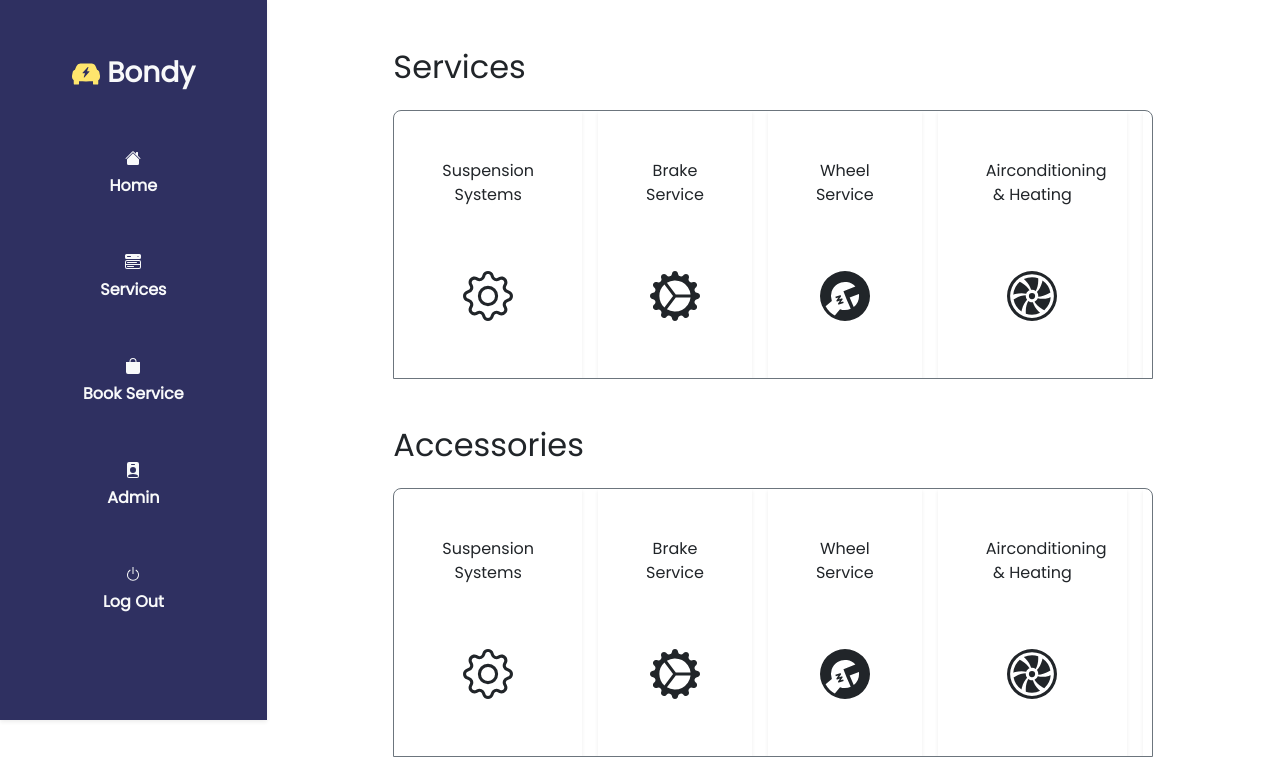
Repository: duzzisantos/bondy
Page: /
The author's editor kept a copy of each file at every save. The page is drawn from the files as they stood at one save, then again after the next save.
The browser window is 1280 px wide. The pictures show the whole page.
Some web libraries are served in a nearby version. The project was rebuilt for these pictures with package versions that can differ from the ones it lists, and the page was loaded fresh each time.

Above is the page before, as saved 2023-06-18 00:57:00.

### public/index.html
<!DOCTYPE html>
<html lang="en">
  <head>
    <meta charset="utf-8" />
    <link rel="icon" href="%PUBLIC_URL%/favicon.ico" />
    <meta name="viewport" content="width=device-width, initial-scale=1" />
    <meta name="theme-color" content="#000000" />
    <meta
      name="description"
      content="Web site created using create-react-app"
    />
    <link rel="apple-touch-icon" href="%PUBLIC_URL%/logo192.png" />
    <!-- Option 1: Include in HTML -->
    <link
      rel="stylesheet"
      href="https://cdn.jsdelivr.net/npm/bootstrap-icons@1.3.0/font/bootstrap-icons.css"
    />
    <link rel="preconnect" href="https://fonts.googleapis.com" />
    <link rel="preconnect" href="https://fonts.gstatic.com" crossorigin />
    <!--
      manifest.json provides metadata used when your web app is installed on a
      user's mobile device or desktop. See https://developers.google.com/web/fundamentals/web-app-manifest/
    -->
    <link rel="manifest" href="%PUBLIC_URL%/manifest.json" />
    <!--
      Notice the use of %PUBLIC_URL% in the tags above.
      It will be replaced with the URL of the `public` folder during the build.
      Only files inside the `public` folder can be referenced from the HTML.

      Unlike "/favicon.ico" or "favicon.ico", "%PUBLIC_URL%/favicon.ico" will
      work correctly both with client-side routing and a non-root public URL.
      Learn how to configure a non-root public URL by running `npm run build`.
    -->
    <title>React App</title>
  </head>
  <body>
    <noscript>You need to enable JavaScript to run this app.</noscript>
    <div id="root"></div>
    <!--
      This HTML file is a template.
      If you open it directly in the browser, you will see an empty page.

      You can add webfonts, meta tags, or analytics to this file.
      The build step will place the bundled scripts into the <body> tag.

      To begin the development, run `npm start` or `yarn start`.
      To create a production bundle, use `npm run build` or `yarn build`.
    -->
  </body>
</html>

### src/index.js
import React from "react";
import ReactDOM from "react-dom/client";
import "./index.css";
import App from "./App";
import "bootstrap/dist/css/bootstrap.min.css";
import { BrowserRouter as Router } from "react-router-dom";

const root = ReactDOM.createRoot(document.getElementById("root"));
root.render(
  <React.StrictMode>
    <Router>
      <App />
    </Router>
  </React.StrictMode>
);

### src/App.js
import "./App.css";
import "bootstrap";
import SideBar from "./components/Navigation/SideBar";
import { Routes, Route } from "react-router-dom";
import LandingPage from "./views/LandingPage";
function App() {
  return (
    <div className="App d-flex flex-row flex-nowrap">
      <SideBar />
      <Routes>
        <Route path="/" element={<LandingPage />} />
        <Route path="/home" element={<LandingPage />} />
      </Routes>
    </div>
  );
}

export default App;

### src/App.css
@import url("https://fonts.googleapis.com/css2?family=Cabin&family=Montserrat:wght@200&family=Poppins&display=swap");

* {
  font-family: "Poppins", sans-serif;
}
.App {
  text-align: center;
}

.custom-color {
  color: #2f3061 !important;
}

.custom-bg-color {
  background-color: #2f3061;
}

### src/components/Navigation/SideBar.tsx
import React, { FunctionComponent } from "react";
import "react-bootstrap";
import "../../App.css";
import "./Navigation.scss";
import { Link } from "react-router-dom";
import {
  HouseFill,
  BagFill,
  PersonBadgeFill,
  Power,
  EvFrontFill,
  MenuButtonWideFill,
} from "react-bootstrap-icons";

const commonLinkClasses =
  "d-flex flex-column justify-content-center align-items-center p-1 gap-2 text-light text-decoration-none fw-bold";
const SideBar: FunctionComponent = () => {
  return (
    <div className="col-2 vh-100 custom-bg-color shadow-sm p-5 text-light d-flex flex-column vstack gap-5">
      <Link to={"/"} className={commonLinkClasses + " fs-3"}>
        <span>
          <EvFrontFill className="brand-icon-color" /> Bondy
        </span>
      </Link>
      <Link to={"/home"} className={commonLinkClasses}>
        <HouseFill />
        Home
      </Link>

      <Link to={"/services"} className={commonLinkClasses}>
        <MenuButtonWideFill />
        Services
      </Link>

      <Link to={"/book-service"} className={commonLinkClasses}>
        <BagFill />
        Book Service
      </Link>

      <Link to={"/admin"} className={commonLinkClasses}>
        <PersonBadgeFill />
        Admin
      </Link>

      <Link to={"/logout"} className={commonLinkClasses}>
        <Power />
        Log Out
      </Link>
    </div>
  );
};

export default SideBar;

### src/views/LandingPage.tsx
import React, { FunctionComponent } from "react";
import "../components/Home/LandingPage.scss";
import LandingPageScrollContainer from "src/components/Home/LandingPageScrollContainer";
import { servicesList } from "src/components/Home/landingPageContent";

const LandingPage: FunctionComponent = () => {
  const handleClick = () => {
    console.log("This was clicked");
  };
  return (
    <div className="col-lg-9 pt-5 vstack gap-5 d-flex flex-column align-items-center">
      <LandingPageScrollContainer
        content={servicesList}
        category="Services"
        handleClick={handleClick}
      />
      <LandingPageScrollContainer
        content={servicesList}
        category="Accessories"
        handleClick={handleClick}
      />
    </div>
  );
};

export default LandingPage;

### src/components/Navigation/Navigation.scss
.brand-icon-color {
  color: #ffe66d !important;
}

### src/components/Home/LandingPage.scss
.scroll-container-fixed {
  position: fixed !important;
}

.scroll-container-size {
  height: 330px !important;
}

.service-card {
  height: 270px !important;
}

.service-icon-font {
  font-size: 50px !important;
}

### src/components/Home/LandingPageScrollContainer.tsx
import React, { FunctionComponent } from "react";
import "../../App.css";
import { Link } from "react-router-dom";

interface ScrollContainerProps {
  content: any[];
  category: string;
  handleClick: any;
}
const LandingPageScrollContainer: FunctionComponent<ScrollContainerProps> = ({
  content,
  category,
  handleClick,
}) => {
  return (
    <section className="col-9 scroll-container-size">
      <h2 className="text-start mb-4">{category}</h2>
      <div className="overflow-x-scroll d-flex flex-row hstack gap-3 border border-secondary rounded-3 rounded-bottom-0">
        {content.map((element, index) => (
          <Link
            to={`/services/${element.category}`}
            key={index}
            className="text-decoration-none text-dark w-25 p-5 shadow-sm d-flex flex-column vstack gap-5"
            onClick={handleClick}
          >
            <span>{element.category}</span>
            <span className="service-icon-font">{element.icon}</span>
          </Link>
        ))}
      </div>
    </section>
  );
};

export default LandingPageScrollContainer;

### src/components/Home/landingPageContent.tsx
import React from "react";
import {
  Gear,
  GearWideConnected,
  WrenchAdjustableCircleFill,
  Fan,
  DropletHalf,
  CarFrontFill,
} from "react-bootstrap-icons";
export const servicesList = [
  {
    id: 1,
    category: "Suspension Systems",
    icon: <Gear />,
  },
  {
    id: 2,
    category: "Brake Service",
    icon: <GearWideConnected />,
  },
  {
    id: 3,
    category: "Wheel Service",
    icon: <WrenchAdjustableCircleFill />,
  },
  {
    id: 4,
    category: "Airconditioning & Heating",
    icon: <Fan />,
  },
  {
    id: 5,
    category: "Oil Change",
    icon: <DropletHalf />,
  },
  {
    id: 6,
    category: "Body Work",
    icon: <CarFrontFill />,
  },
];

Loaded but not shown: src/index.css (common file)

After the next save:
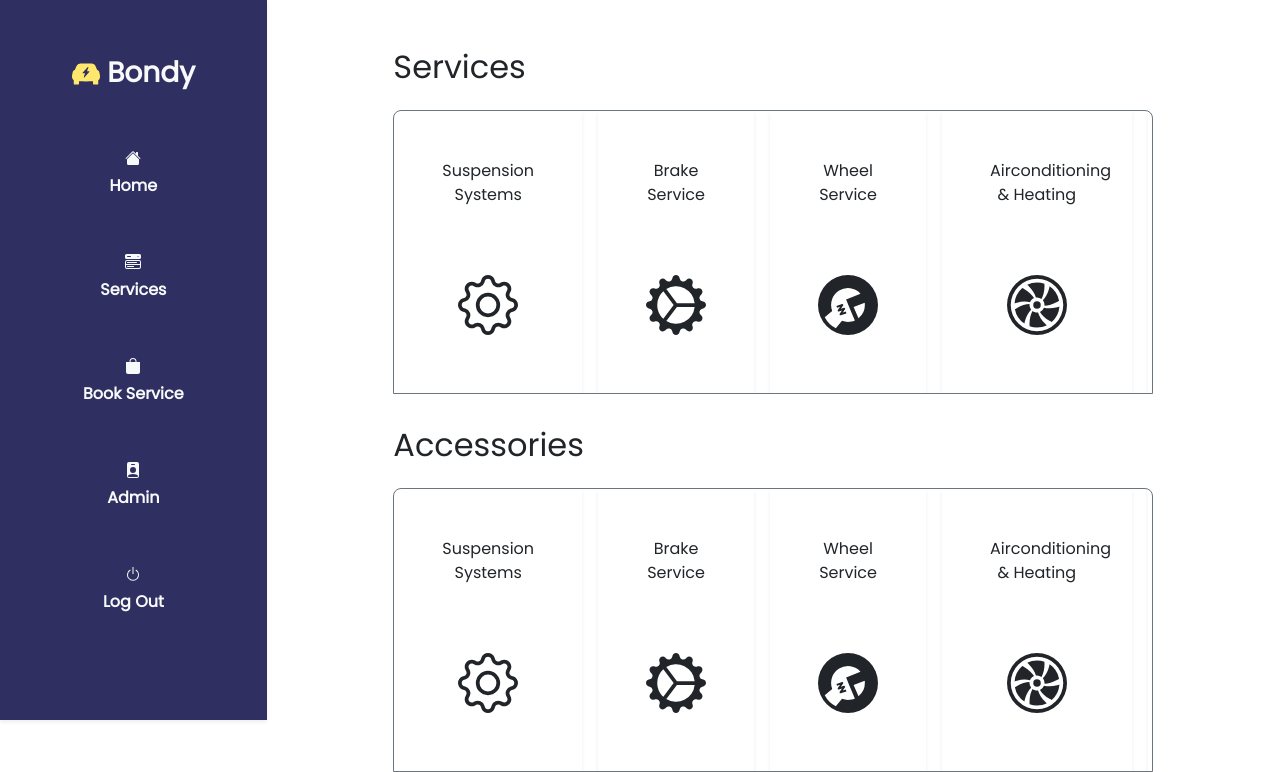
Saved 11 s later.
--- a/src/components/Home/LandingPage.scss
+++ b/src/components/Home/LandingPage.scss
@@ -11,5 +11,5 @@
 }
 
 .service-icon-font {
-  font-size: 50px !important;
+  font-size: 60px !important;
 }
